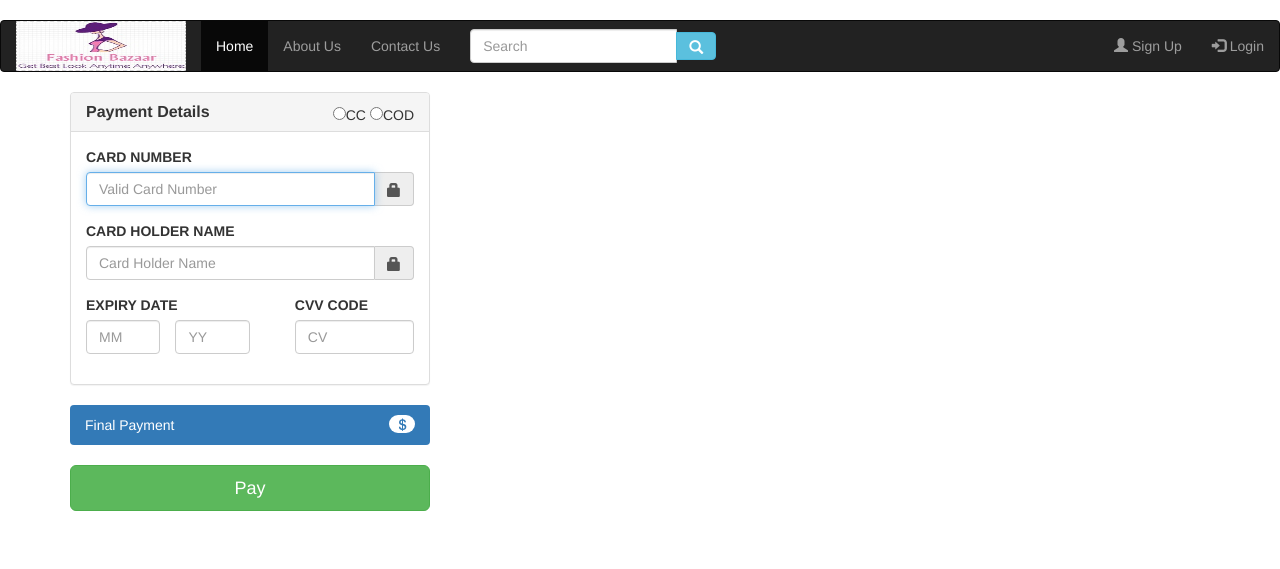
Repository: SmithaMendonca/Project-1
Page: http://localhost/FashionBazarFrontend/WEB-INF/views/Payment.jsp
The author's editor kept a copy of each file at every save. The page is drawn from the files as they stood at one save, then again after the next save.
The browser window is 1280 px wide. The pictures show the whole page.
The page is served by Tomcat 9. Nobody is signed in. The template is opened directly, without the code that normally fills it, so the values that code supplies are empty.

Above is the page before, as saved 2019-06-07 09:09:12.

After the next save:
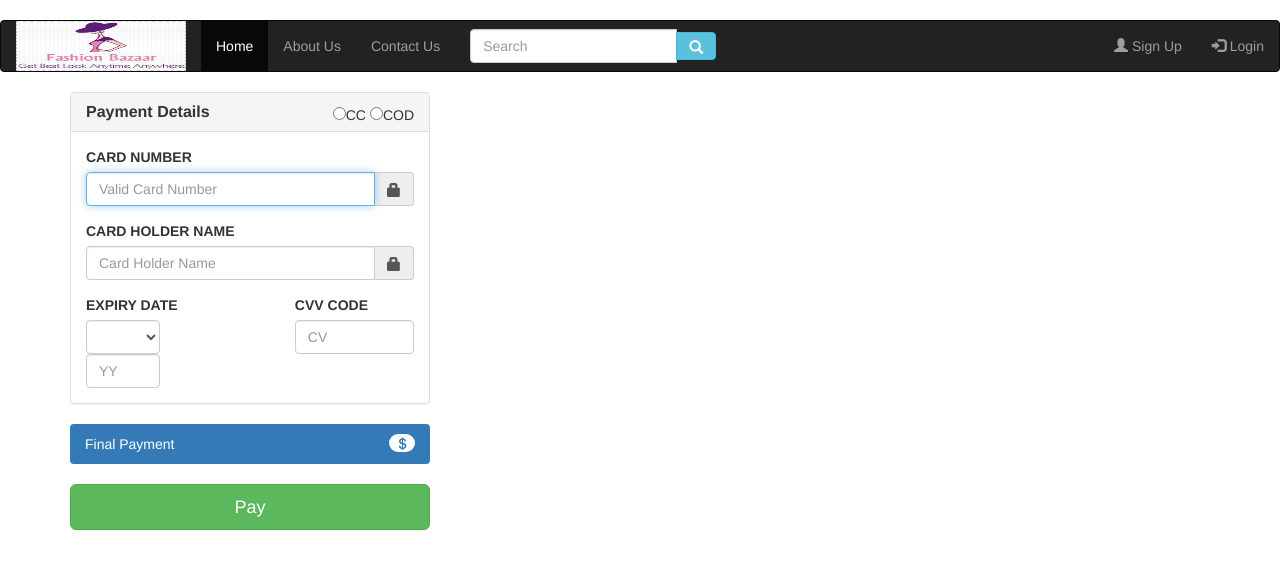
Saved 23 min 37 s later.
--- a/FashionBazarFrontend/src/main/webapp/WEB-INF/views/Payment.jsp
+++ b/FashionBazarFrontend/src/main/webapp/WEB-INF/views/Payment.jsp
@@ -52,7 +52,7 @@
                                 <label for="expityMonth">
                                     EXPIRY DATE</label>
                                 <div class="col-xs-6 col-lg-6 pl-ziro">
-                                    <input type="text" class="form-control" id="expityMonth" placeholder="MM" required />
+                                    <select class="form-control" id="expityMonth" placeholder="MM" required />
                                 </div>
                                 <div class="col-xs-6 col-lg-6 pl-ziro">
                                     <input type="text" class="form-control" id="expityYear" placeholder="YY" required /></div>

After the save that followed:
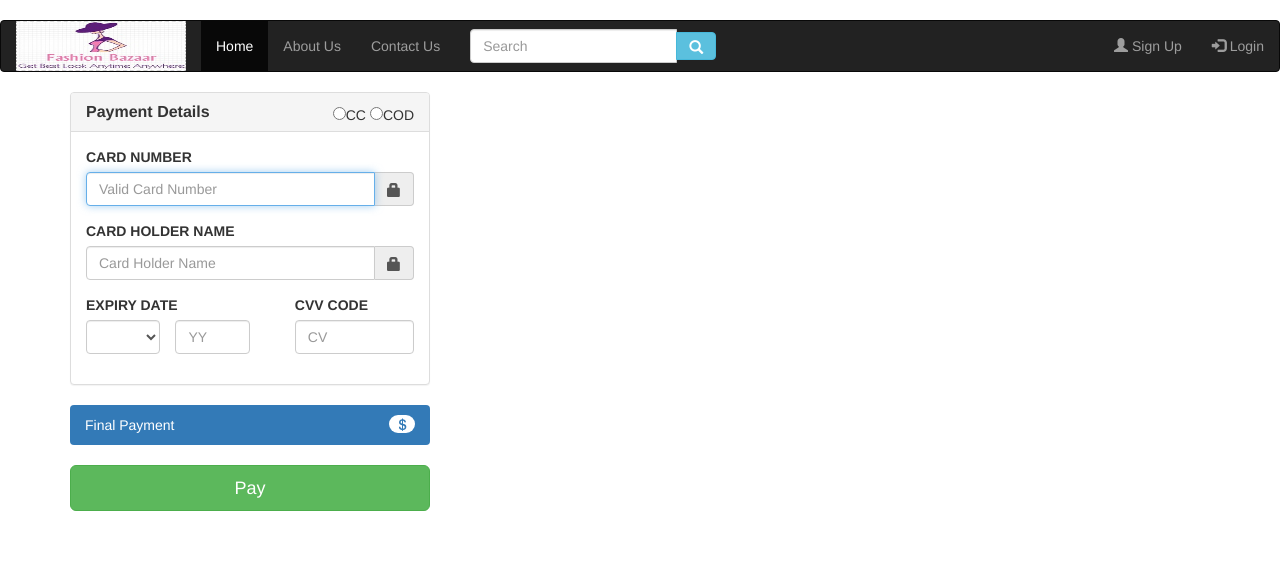
Saved 19 s later.
--- a/FashionBazarFrontend/src/main/webapp/WEB-INF/views/Payment.jsp
+++ b/FashionBazarFrontend/src/main/webapp/WEB-INF/views/Payment.jsp
@@ -52,7 +52,9 @@
                                 <label for="expityMonth">
                                     EXPIRY DATE</label>
                                 <div class="col-xs-6 col-lg-6 pl-ziro">
-                                    <select class="form-control" id="expityMonth" placeholder="MM" required />
+                                    <select class="form-control" id="expityMonth" placeholder="MM" required >
+
+                                    </select>
                                 </div>
                                 <div class="col-xs-6 col-lg-6 pl-ziro">
                                     <input type="text" class="form-control" id="expityYear" placeholder="YY" required /></div>
